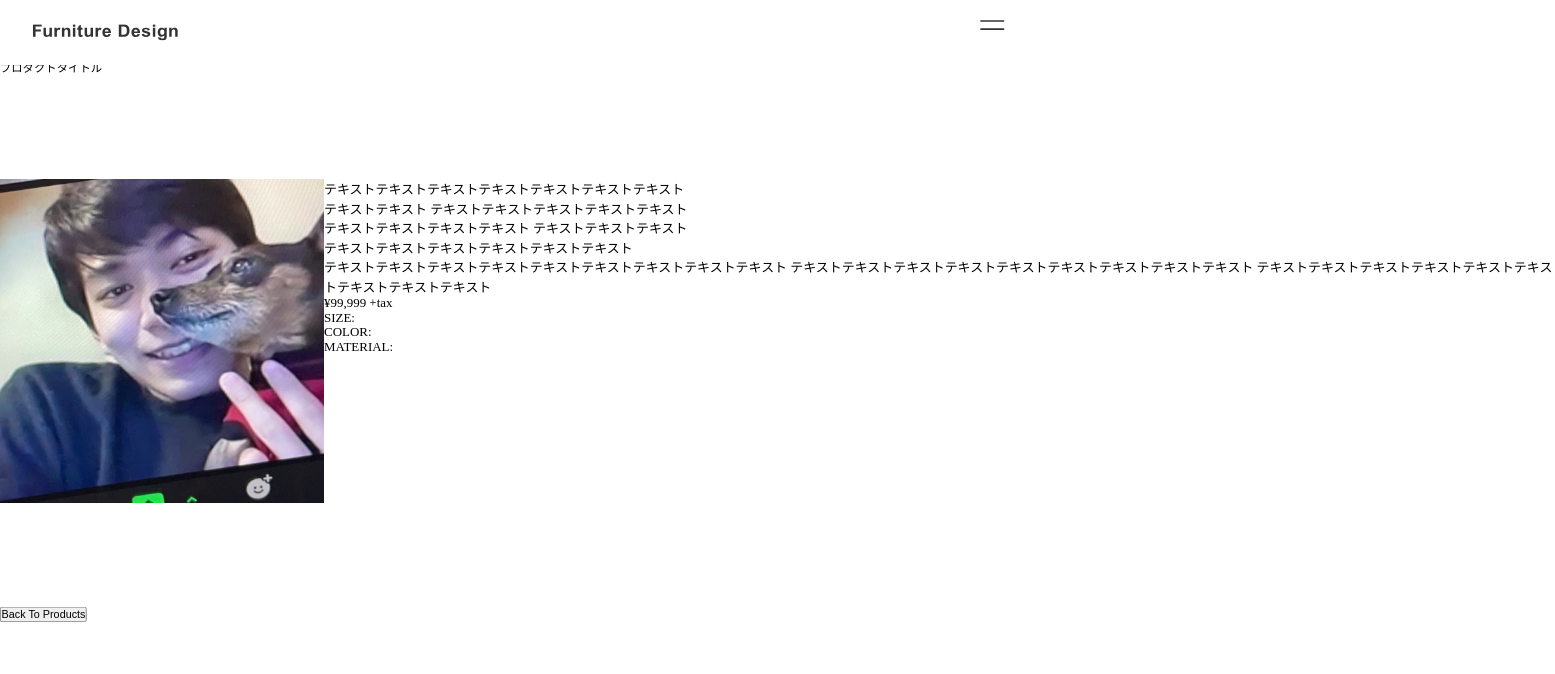
Repository: kohei23n/tenfeet
Page: menbers2/index.html
The author's editor kept a copy of each file at every save. The page is drawn from the files as they stood at one save, then again after a run of saves.
The browser window is 1280 px wide. The page is 1920 px wide, so the pictures cover 1920 px, including what lies to the right of the window. The pictures show the whole page, at 81% of full size.

Above is the page before, as saved 2022-02-08 21:53:49.

### menbers2/index.html
<!DOCTYPE html>
<html lang="en">

<head>
    <meta charset="UTF-8" />
    <meta http-equiv="X-UA-Compatible" content="IE=edge" />
    <meta name="viewport" content="width=device-width, initial-scale=1.0" />
    <link rel="stylesheet" href="../reset.css">
    <link rel="stylesheet" href="menbers2.css" />
    <title>Document</title>
</head>

<body>
    <header id="header" class="wrapper open">
        <h1 class="title">
            <a href="index.html">
                <img src="..\img\logo.svg" alt="Furniture Design" />
            </a>
        </h1>
        <nav id="nav">
            <ul class="nav_menu" style="display: none">
                <li><a href="">PRODUCTS</a></li>
                <li><a href="">ABOUT</a></li>
                <li><a href="">COMPANY</a></li>
                <li><a href="">CONTACT</a></li>
            </ul>
        </nav>
        <div class="button">
            <span></span>
            <span></span>
        </div>
    </header>




    <div id="content2"></div>
    <script src="menbers2.js"></script>
</body>

</html>

### reset.css
html, body, div, span, applet, object, iframe,
h1, h2, h3, h4, h5, h6, p, blockquote, pre,
a, abbr, acronym, address, big, cite, code,
del, dfn, em, img, ins, kbd, q, s, samp,
small, strike, strong, sub, sup, tt, var,
b, u, i, center,
dl, dt, dd, ol, ul, li,
fieldset, form, label, legend,
table, caption, tbody, tfoot, thead, tr, th, td,
article, aside, canvas, details, embed,
figure, figcaption, footer, header, hgroup,
menu, nav, output, ruby, section, summary,
time, mark, audio, video {
    margin: 0;
    padding: 0;
    border: 0;
    font-size: 100%;
    font: inherit;
    vertical-align: baseline;
}
/* HTML5 display-role reset for older browsers */
article, aside, details, figcaption, figure,
footer, header, hgroup, menu, nav, section {
    display: block;
}
body {
    /* line-height: 1; */
}
ol, ul {
    list-style: none;
}
blockquote, q {
    quotes: none;
}
blockquote:before, blockquote:after,
q:before, q:after {
    content: '';
    content: none;
}
table {
    border-collapse: collapse;
    border-spacing: 0;
}

### menbers2/menbers2.css
* {
  margin: 0;
  padding: 0;
}

body{
    padding: 5% 0;
}

#header {
  width: 100%;
  height: 80px;
  background-color: #fff;
  display: flex;
  align-items: center;
  justify-content: space-between;
  position: fixed;
  left: 0;
  right: 0;
  top: 0;
  z-index: 10;
}

.wrapper {
  max-width: 1360px;
  padding: 0 40px;
  box-sizing: border-box;
}

h1 {
  display: block;
  font-size: 2em;
  margin-block-start: 0.67em;
  margin-block-end: 0.67em;
  margin-inline-start: 0px;
  margin-inline-end: 0px;
  font-weight: bold;
}

.title a {
  width: 180px;
  line-height: 1px;
  display: block;
}

img {
  max-width: 100%;
}

.open #nav {
  left: 0;
  opacity: 1;
}

/* #nav {
  position: fixed;
  top: 0;
  width: 300px;
  color: #fff;
  padding: 36px 50px;
  transition: all 0.5s;
  z-index: 20;
}

#nav li {
  margin-bottom: 14px;
  list-style: none;
}

#nav a {
  color: #fff;
  text-decoration: none;
  transition: all 0.5s;
} */

.button {
  width: 30px;
  height: 30px;
  position: relative;
  transition: all 0.5s;
  cursor: pointer;
  z-index: 20;
}

.button span:nth-child(1) {
  top: 10px;
}

.button span {
  display: block;
  position: absolute;
  width: 30px;
  height: 2px;
  background-color: #333;
  border-radius: 4px;
  transition: all 0.5s;
}

.member_name{
    font-size: 14px;
    font-weight: 100;
}



.member{
    /* display: block;
    margin-top: 10%; */
}

.member_img{
    width: 400px;
    height: 400px;
    object-fit: cover;
}

.section_member{
    margin: 10% 0;
    width: 150%;
    display: flex;
}

.content1{
    width: 30%;
}

.

### menbers2/menbers2.js
let content = `<h1 class="member_name">プロダクトタイトル</h1>
<section class="section_member">
<img src="../img/9.jpg" alt="" class="member_img">
<div class="member_content">
        <p class="content1">テキストテキストテキストテキストテキストテキストテキストテキストテキスト テキストテキストテキストテキストテキストテキストテキストテキストテキスト テキストテキストテキストテキストテキストテキストテキストテキストテキスト</p>
        <p class="content2">テキストテキストテキストテキストテキストテキストテキストテキストテキスト テキストテキストテキストテキストテキストテキストテキストテキストテキスト テキストテキストテキストテキストテキストテキストテキストテキストテキスト</p>
        <p>¥99,999 +tax</p>
        <p>SIZE: </p>
        <p>COLOR: </p>
        <p>MATERIAL:</p>
</div>
</section>
<button class="page_back">Back To Products</button>
`

let content2 = document.getElementById("content2");
content2.insertAdjacentHTML("beforebegin", content);

After the next 2 saves:
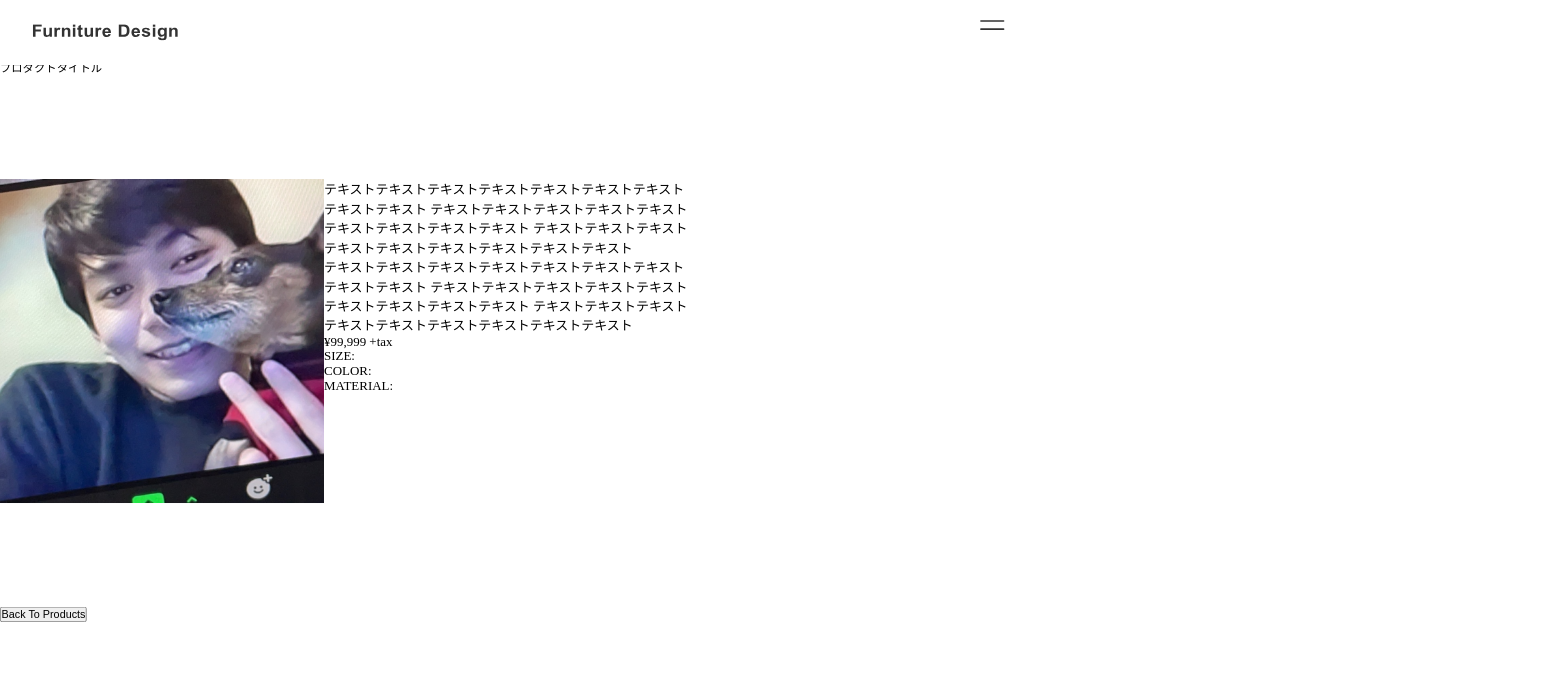
The 2 saves are shown as one change because they came seconds apart.
The last was saved 9 s later.
--- a/menbers2/menbers2.css
+++ b/menbers2/menbers2.css
@@ -124,4 +124,6 @@ img {
     width: 30%;
 }
 
-.
+.content2{
+    width: 30%;
+}
